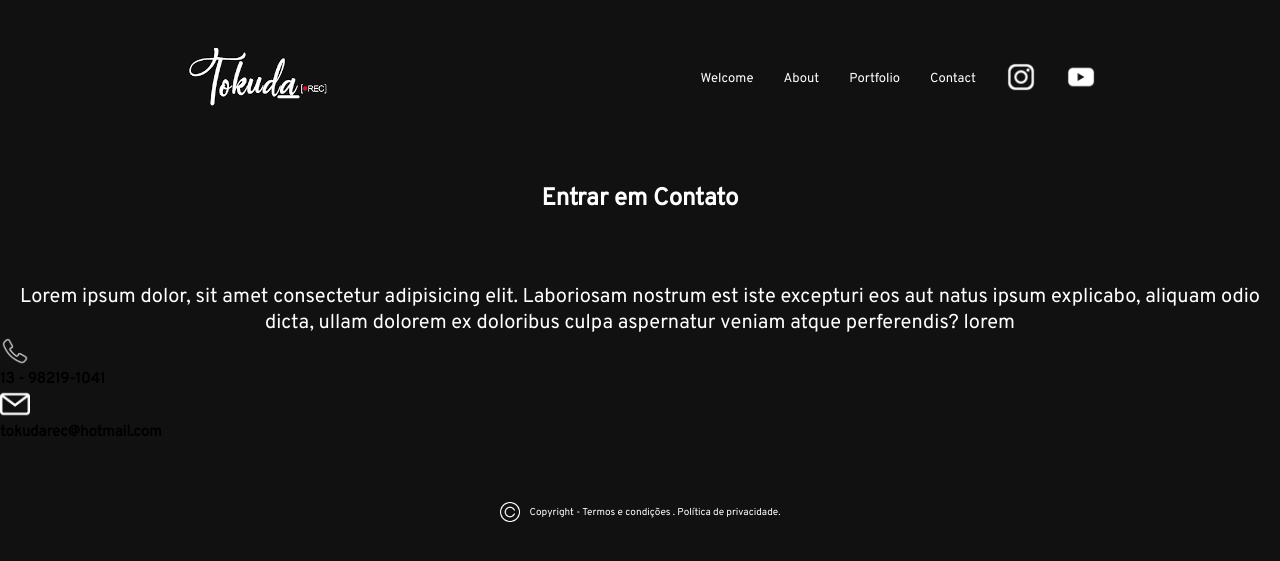
Repository: Lucasbeze/Project-FilmMaker
Page: projeto-alex/pages/contact.html
An editor plug-in stored every save of this project. The page is shown before and after a run of saves, followed by the edit.
The browser window is 1280 px wide. The pictures show the whole page.

Above is the page before, as saved 2022-08-26 16:14:55.

After the next 2 saves:
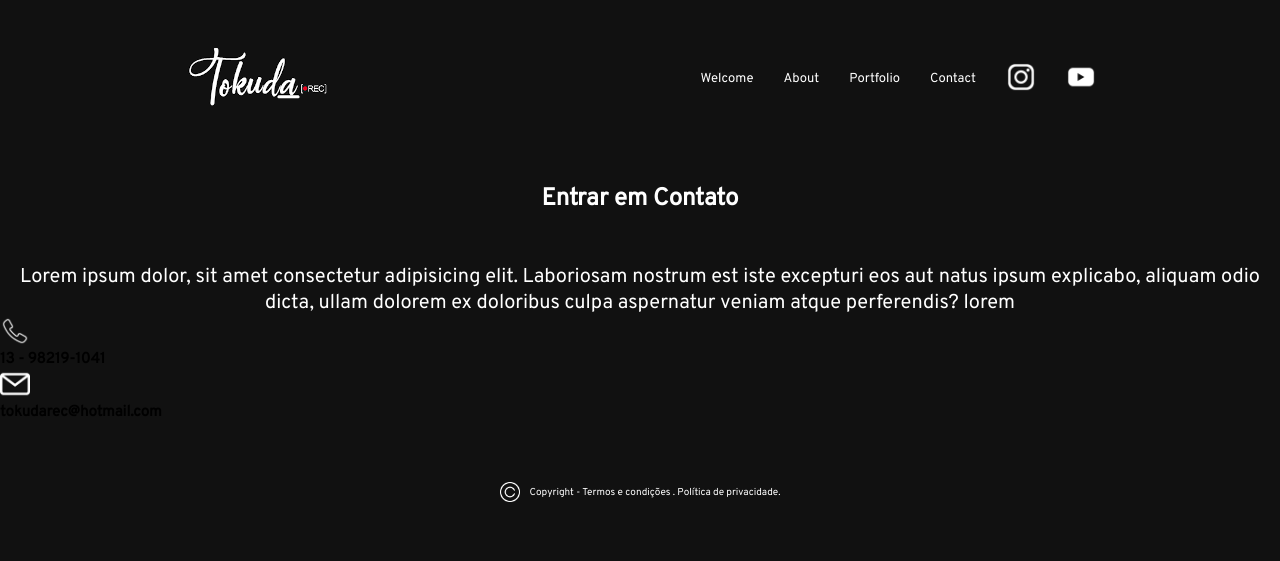
The 2 saves are shown as one change because they came seconds apart.
The last was saved 20 s later.
--- a/projeto-alex/css/contact.css
+++ b/projeto-alex/css/contact.css
@@ -44,7 +44,7 @@ main .legend{
   text-align: center;
   flex-direction: column;
   align-items: center;
-  gap: 7rem;
+  gap: 5rem;
 }
 .legend h1 {
   font-size: 2.4rem;
